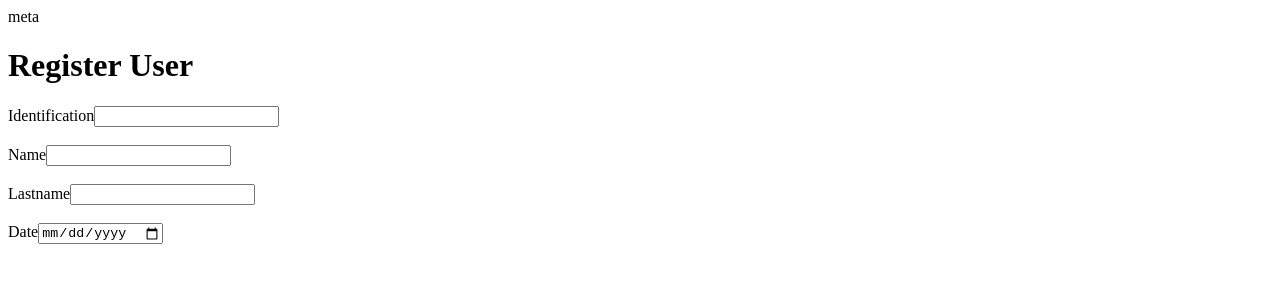
Repository: jordavy/TalentoTech
Page: templates/register.html
The author's editor kept a record of every edit. The page is drawn from the files as they stood at one moment, then again after the next edit.
The browser window is 1280 px wide. The pictures show the whole page.

Above is the page before.

After the next edit:
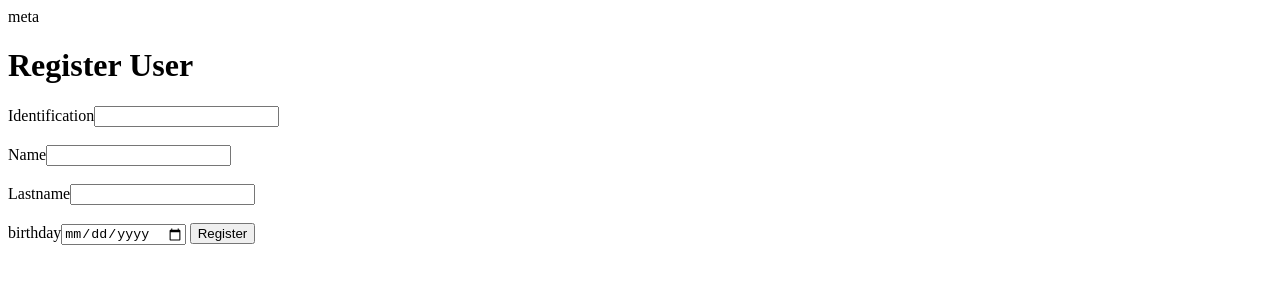
The edit:
--- a/templates/register.html
+++ b/templates/register.html
@@ -14,7 +14,8 @@
             <br /> <br />
             <label for="">Lastname</label><input type="text">
             <br /> <br />
-            <label for="">Date</label><input type="date" name=""/>
+            <label for="">birthday</label><input type="date" name=""/>
+            <button id="">Register</button>
         </form>
     </body>
 </html>
